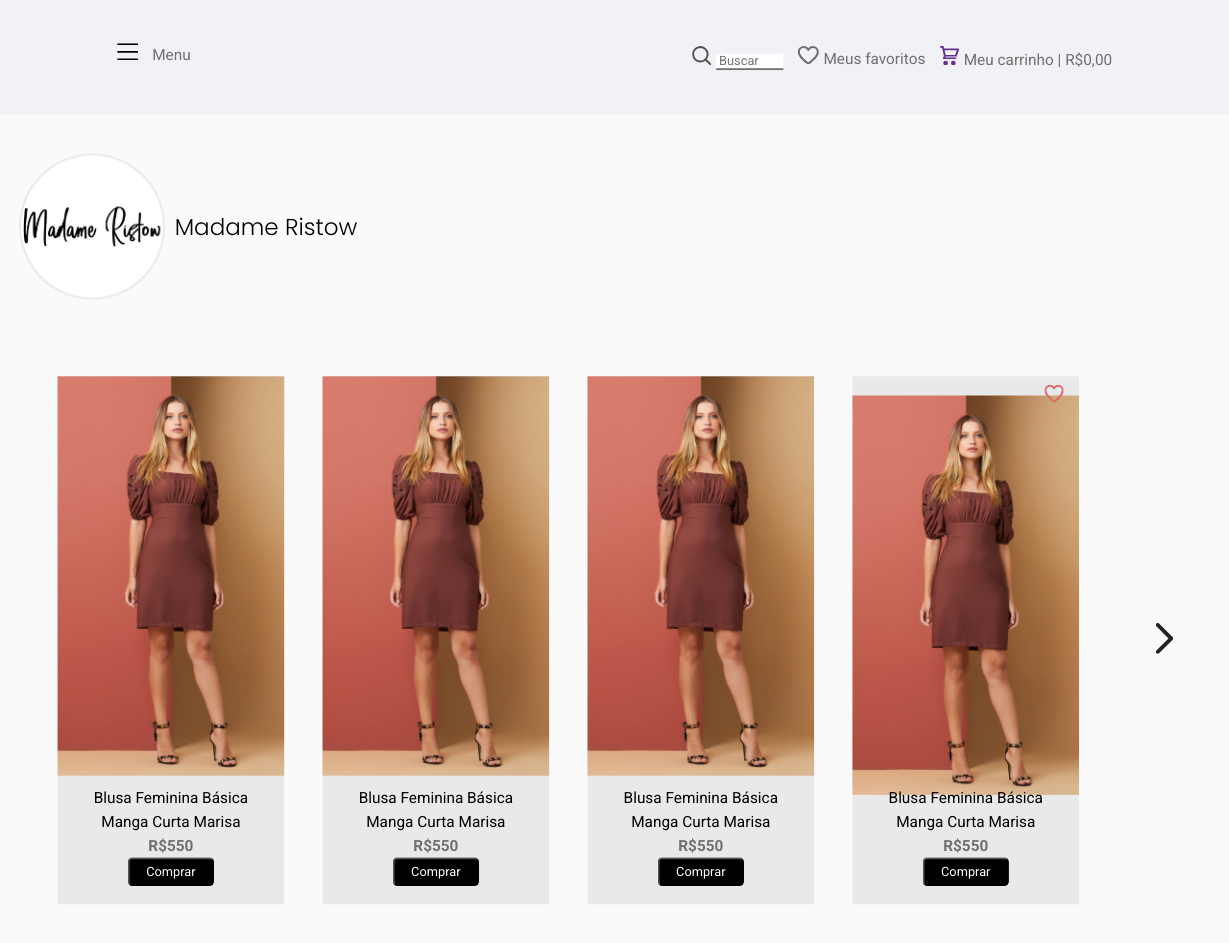
Repository: gutobarbosa/FrontEndLojaVirtual
Page: /
An editor plug-in stored every save of this project. The page is shown before and after the next save, followed by the edit.
The browser window is 1280 px wide. The pictures show the whole page, at 96% of full size.
The project was rebuilt for these pictures with package versions that can differ from the ones it lists, and the page was loaded fresh each time. Also part of the build but not shown: src/pages/Repository/styles.ts, src/services/api.ts, src/pages/Repository/index.tsx.

Above is the page before, as saved 2020-11-20 22:42:34.

### public/index.html
<!DOCTYPE html>
<html lang="en">
  <head>
    <meta charset="utf-8" />
    <meta name="viewport" content="width=device-width, initial-scale=1" />
    <meta name="theme-color" content="#000000" />

    <title></title>
    <link href="https://fonts.googleapis.com/css2?family=Roboto:wght@400;700&display=swap" rel="stylesheet">
    <link rel="preconnect" href="https://fonts.gstatic.com">
    <link rel="preconnect" href="https://fonts.gstatic.com">
<link href="https://fonts.googleapis.com/css2?family=Poppins:ital,wght@0,300;0,400;1,200&display=swap" rel="stylesheet">
</head>
  <body>
    <noscript>You need to enable JavaScript to run this app.</noscript>
    <div id="root"></div>

  </body>
</html>

### src/App.tsx
import React from 'react';
import { BrowserRouter as Router } from 'react-router-dom';

import Routes from './routes';

import GlobalStyle from '../src/styles/global';

const App: React.FC = () => (
  <>
    <GlobalStyle />
    <Router>
      <Routes />
    </Router>
  </>
);

export default App;

### src/routes/index.tsx
import React from 'react';
import {Switch, Route} from 'react-router-dom';

import Dashboard from '../pages/Dashboard';
import Repository from '../pages/Repository';

// rota da url, nesse caso a nossa rota atual é a raiz então vai apenas a / e o componente é que sera acessado através desse endereço url
const Routes: React.FC = () =>{
    return (
        <Switch>
            <Route path="/" exact component={Dashboard} />
            <Route path="/repositories/:repository+" component={Repository} />
        </Switch>
    );
}

export default Routes;

### src/styles/global.ts
import { createGlobalStyle } from 'styled-components';

export default createGlobalStyle`
  * {
    margin: 0;
    padding: 0;
    outline: 0;
    box-sizing: border-box;
  }

  body {
    background: #FAFAFA ;
    -webkit-font-smoothing: antialiased

  }

  body, input, button {
    font-family: 'Roboto', sans-serif;
    max-width: 1500vw;
  }

  button {
    cursor: pointer;
  }
`;

### src/pages/Dashboard/index.tsx
/* eslint-disable no-undef */

import React from "react";
import { Container, ContainerProducts } from "./styles";
import lefticon from '../../assets/avatar 152 x 152px.png';
import productimage from '../../assets/image-product.png';
import arrownext from '../../assets/arrowNext.svg';
import iconheart from '../../assets/iconHeart.svg';

import Header from '../../components/Header';

//import { Container, CardContainer, Card, TableContainer } from './styles';

const Dashboard: React.FC = () => {

  return (
    <>
    <Header/>
    <Container>
    <img src={lefticon} alt="Hamburguer" />
    <h3>Madame Ristow</h3>
    </Container>
    <ContainerProducts>
        <div className="productBox">
            <div className="productImage">
            <img src={productimage} alt="Product" />
            </div>
            <div className="productinformation">
            <p>Blusa Feminina Básica Manga Curta Marisa<br/></p>
                <p className ="bold">R$550 <br/></p>
                <div className="buttonBuy">
                    <button>Comprar</button>
                </div>
            </div>
        </div>
        <div className="productBox">
            <div className="productImage">
            <img src={productimage} alt="Product" />
            </div>
            <div className="productinformation">
            <p>Blusa Feminina Básica Manga Curta Marisa<br/></p>
                <p className ="bold">R$550 <br/></p>
                <div className="buttonBuy">
                    <button>Comprar</button>
                </div>
            </div>
        </div>
        <div className="productBox">
            <div className="productImage">
            <img src={productimage} alt="Product" />
            </div>
            <div className="productinformation">
            <p>Blusa Feminina Básica Manga Curta Marisa<br/></p>
                <p className ="bold">R$550 <br/></p>
                <div className="buttonBuy">
                    <button>Comprar</button>
                </div>
            </div>
        </div>
        <div className="productBox">
            <div className="productImage">
            <div className="iconHeart">
                <img src={iconheart} alt="Product" />
            </div>
            <img src={productimage} alt="Product" />

            </div>
            <div className="productinformation">
                <p>Blusa Feminina Básica Manga Curta Marisa<br/></p>
                <p className ="bold">R$550 <br/></p>
                <div className="buttonBuy">
                    <button>Comprar</button>
                </div>
            </div>
        </div>
        <div className="arrowNext">
            <img src={arrownext} alt="arrownext" />
        </div>
    </ContainerProducts>
    </>
  );
};

export default Dashboard;

### src/pages/Dashboard/styles.ts
import styled from 'styled-components';
/*
interface CardProps {
  total?: boolean;
}*/

export const Container = styled.div`
  width: 100%;
  max-width: 1600px;
  margin: 0 auto;
  padding: 40px 20px;
  display: flex;
  align-items: center;


    img {
        justify-content: flex-start;
    }

    h3 {
        color: black;
        margin-left: 10px;
        font-family: 'Poppins', sans-serif;
        font-size: 24px;
        font-weight: 300;
    }
`;
export const ContainerProducts = styled.div`
width: 100%;
max-width: 1600px;
margin: 0 auto;
padding: 40px 20px;
display: flex;
align-items: center;

    .productBox {
        width: 236px;
        height: 550px;
        margin-left: 40px;
        background: #E9E9E9;
    }
    .productinformation {
        max-width: 250px;
        max-height: 150px;
    }
    .productImage{
        max-width: 236px;
        max-height: 416px;
    }
    .productImage img {
        width: 100%;
        height: 416px;
    }

    .arrowNext {
        margin-left: 80px;
    }
    .productinformation{
        width: 200px;
        size: 20px;
        justify-content: center;
        margin: 0 auto;
        margin-top: 10px;
    }
    .productinformation p{
        text-align: center;
        line-height: 25px;
    }
    .buttonBuy {
        width: 100%;
        margin: 0 auto;
        text-align: center;
    }
    .productinformation button{
        background: black;
        color: white;
        width: 90px;
        height: 30px;
        border-radius: 5px;
        cursor: pointer;
    }

    .bold{
        color: #707070;
        font-weight: bold;
    }
    .iconHeart{
        width: 20px;
        height: 20px;
        position: relative;
        top: -190px;
        left: 200px;
    }
`;

### src/components/Header/index.tsx
import React from 'react';

//import { Link } from 'react-router-dom';
import hamburguerBars from '../../assets/hamburguer.svg';
import searchicon from '../../assets/searchIcon.svg';
import favoriteicon from '../../assets/favoriteIcon.svg';
import mycaricon from '../../assets/mycarIcon.svg'
import { Container, ContainerHeader, ContentLeft, ContentRight } from '../Header/styles';




const Header: React.FC = () => (
  <Container>
    <ContainerHeader>
    <header>
      <ContentLeft>
        <div className="menuTotal">
          <img src={hamburguerBars} alt="Hamburguer" />
          <span className="menu">Menu</span>
        </div>
      </ContentLeft>
      <ContentRight>
        <div className="searchTotal">
          <img src={searchicon} alt="Hamburguer" />
          <input placeholder=" Buscar" type="text"/>
        </div>
        <div className="favoritesTotal">
          <img src={favoriteicon} alt="Favorite" />
          <span>Meus favoritos</span>
        </div>
        <div className="MycarTotal">
          <img src={mycaricon} alt="Mycar" />
          <span>Meu carrinho | R$0,00</span>
        </div>
      </ContentRight>
    </header>
    </ContainerHeader>
  </Container>
);

export default Header;

### src/components/Header/styles.ts
import styled from 'styled-components';
/*
interface ContainerProps {
  size?: 'small' | 'large';
}*/

export const Container = styled.div`
  background: #F0F2F5;
  padding: 30px;
  width: 100%;

  header {
    height: 60px;
    margin: 0 auto;
    display: flex;
    align-items: center;
    justify-content: space-between;
  }

  span {
    color: #707070;
    text-align: left;
    opacity: 1;
    margin-left: 25px;
    cursor: pointer;
  }
  .menu{
    margin-left: 10px;

  }
  input {
    border-left: 0px solid black;
    border-right: 0px solid black;
    border-top: 0px solid black;
    width: 70px;
  }

   img {
    margin-right: 5px;
   }

   .menuTotal{
     width:100px;
     height:30px;
     cursor:pointer;
   }

   .menuTotal:hover{
    opacity: 0.5;
  }
`;

export const ContainerHeader = styled.div`
width: 85%;
margin: 0 auto;
`;


export const ContentLeft = styled.div`

`;

export const ContentRight = styled.div`
  display: flex;
  margin-left: 20px;
  .favoritesTotal img {
        margin-right: -20px;
        margin-left: 15px
    }

    .favoritesTotal:hover{
        cursor:pointer;
        opacity: 0.7;
    }

    .MycarTotal img {
        margin-right: -20px;
        margin-left: 15px
    }

    .MycarTotal:hover{
        cursor:pointer;
        opacity: 0.7;
    }


`;

Loaded but not shown: src/index.tsx (common file)

After the next save:
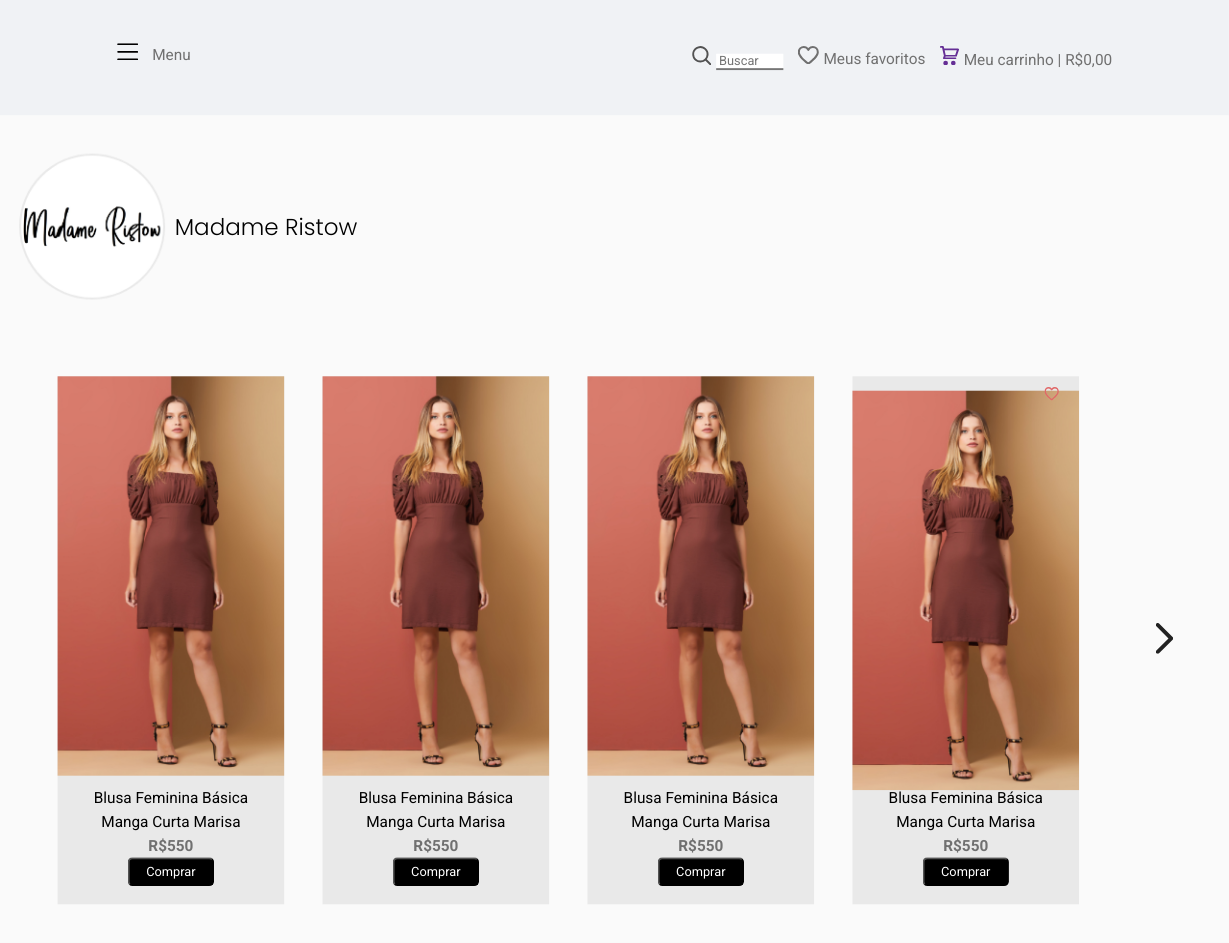
Saved 2 min 21 s later.
--- a/src/pages/Dashboard/styles.ts
+++ b/src/pages/Dashboard/styles.ts
@@ -85,8 +85,8 @@ align-items: center;
         font-weight: bold;
     }
     .iconHeart{
-        width: 20px;
-        height: 20px;
+        width: 15px;
+        height: 15px;
         position: relative;
         top: -190px;
         left: 200px;
